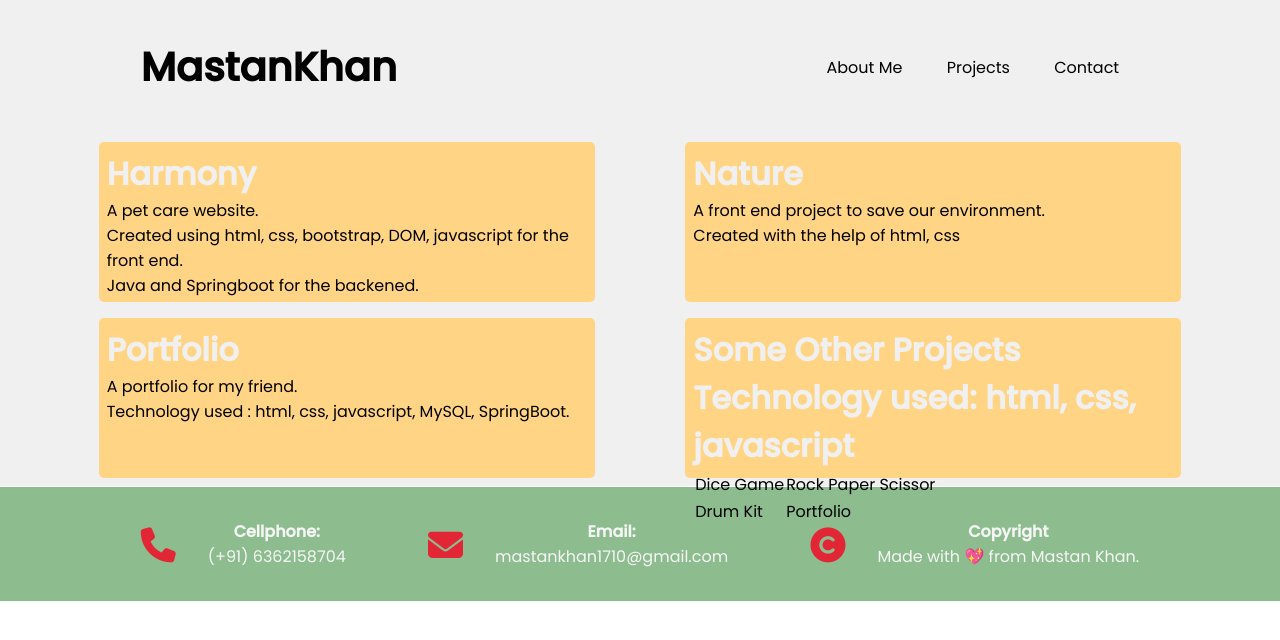
Repository: MastanKhan1/my_resume
Page: http://localhost/projects
The author's editor kept a copy of each file at every save. The page is drawn from the files as they stood at one save, then again after the next save.
The browser window is 1280 px wide. The pictures show the whole page.
Some web fonts or font styles are not loaded; a fallback is used. The page is this project's Thymeleaf template; nobody is signed in. The template is opened directly, without the code that normally fills it, so the values that code supplies are empty.

Above is the page before, as saved 2023-10-06 07:17:59.

After the next save:
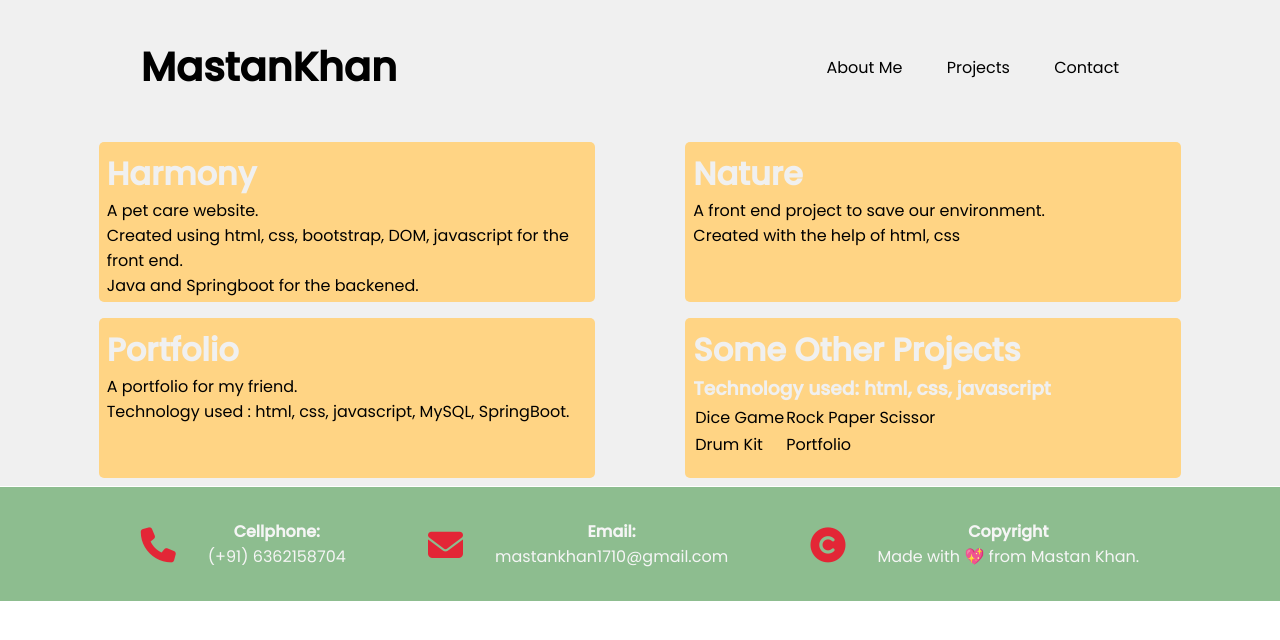
Saved 32 s later.
--- a/portfolio/src/main/resources/static/styles.css
+++ b/portfolio/src/main/resources/static/styles.css
@@ -92,20 +92,12 @@ input:hover{
 #footer{
     padding: 2.5% 11%;
     background-color: #8dbd8f;
-    /* background-color: #f0f0f0; */
-    display: flex;
-    flex-wrap: wrap;
-    justify-content: space-between;
-
-}
-/*
-hr{
-    border-bottom: 5px solid white;
-    border-style: none none dotted none;
-    border-width: 8px;
-    width: 5%;
-    margin-left: 40%;
-} */
+    display: flex;
+    flex-wrap: wrap;
+    justify-content: space-between;
+
+}
+
 
 .footer-items{
     text-align: center;
@@ -122,9 +114,6 @@ i{
     margin-top: 0.5rem;
 }
 
-/* .footer-items h4{
-    display: inline;
-} */
 
 
 /* ------------------------------------------------------------------------------------------------------- */
@@ -249,7 +238,11 @@ i{
     background-color: #ffd484;
 }
 
-.project-items h2, .project-items h3{
+.project-items h2{
     font-size: 2rem;
    color: #f0f0f0;
 }
+
+.project-items h3{
+	color: #f0f0f0;
+}
